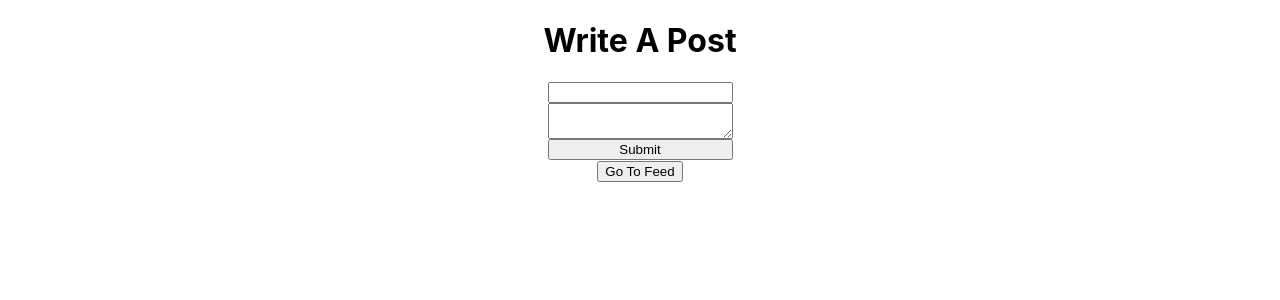
Repository: shaelorch/comp-week4
Page: /addPosts
An editor plug-in stored every save of this project. The page is shown before and after a run of saves, followed by the edit.
The browser window is 1280 px wide. The pictures show the whole page.
The project was rebuilt for these pictures with package versions that can differ from the ones it lists, and the page was loaded fresh each time. The framework's server and built-in components were replaced by stand-ins that run in the browser. Also part of the build but not shown: next.config.js.

Above is the page before, as saved 2023-01-31 23:06:28.

After the next 2 saves:
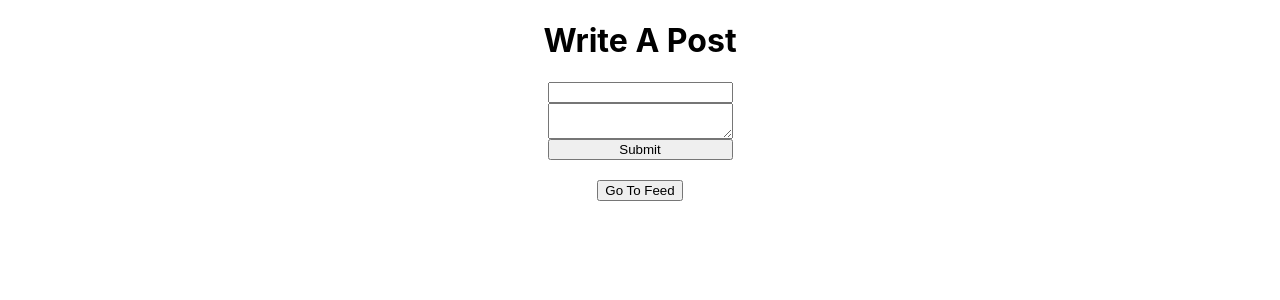
The 2 saves are shown as one change because they came seconds apart.
The last was saved 37 s later.
--- a/pages/addPosts.js
+++ b/pages/addPosts.js
@@ -23,7 +23,7 @@ export default function Home({posts}) {
             <button type="submit">Submit</button>
         </form>
         <a href='/'>
-            <button>Go To Feed</button>
+            <button style={{display:'flex', marginTop:20}}>Go To Feed</button>
         </a>
 
 
